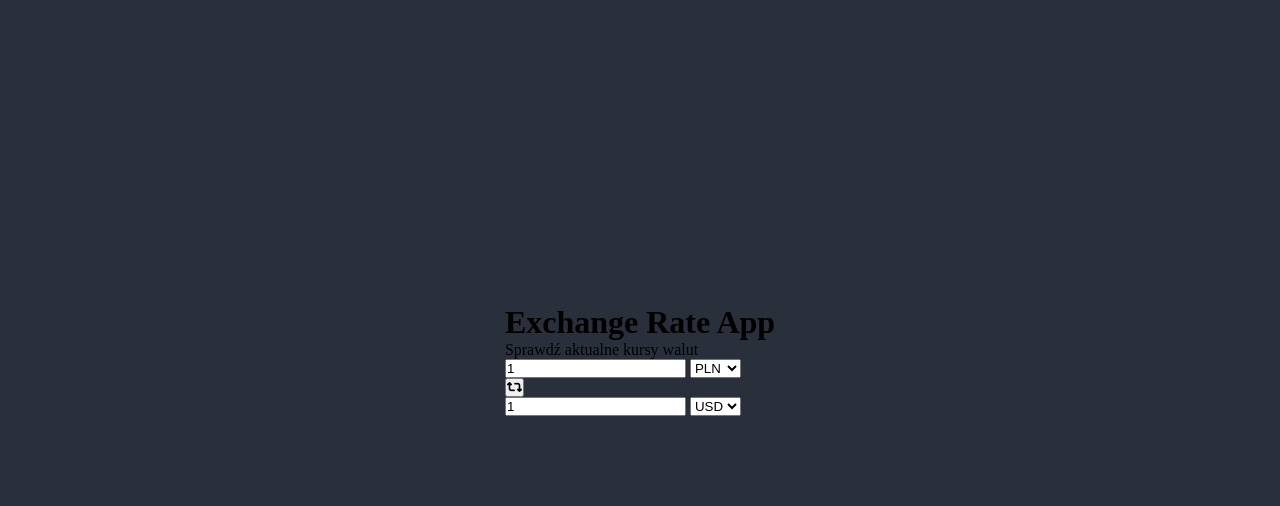
Repository: KrzysKolo/Projekt-6_Kantor
Page: index.html
These files come from the project's save history. The page is drawn as it stood at one moment and after the next save; the edit follows.
The browser window is 1280 px wide. The pictures show the whole page.
Some web fonts or font styles are not loaded; a fallback is used. Some web libraries are served in a nearby version.

Above is the page before, as saved 2020-07-12 05:40:39.

### index.html
<!DOCTYPE html>
<html lang="en">
  <head>
    <meta charset="UTF-8" />
    <meta name="viewport" content="width=device-width, initial-scale=1.0" />
    <title>Kantor</title>
    <link
      href="https://fonts.googleapis.com/css2?family=Montserrat:wght@100&family=Niconne&display=swap"
      rel="stylesheet"
    />
    <script
      src="https://kit.fontawesome.com/327a0d490c.js"
      crossorigin="anonymous"
    ></script>

    <link rel="stylesheet" href="./css/style.css" />
  </head>
  <body>
    <div class="wrapper">
      <h1>Exchange Rate App</h1>
      <p>Sprawdź aktualne kursy walut</p>
      <div class="app-body">
        <div class="section-left">
          <input type="number" class="amount-one" value="1" />
          <select name="currency-one">
            <option value="PLN" selected>PLN</option>
            <option value="USD">USD</option>
            <option value="GBP">GBP</option>
            <option value="EUR">EUR</option>
            <option value="CHF">CHF</option>
            <option value="JPY">JPY</option>
          </select>
        </div>
        <button class="swap">
          <i class="fas fa-retweet"></i>
        </button>
        <div class="section-right">
          <input type="number" class="amount-two" value="1" />
          <select name="currency-two">
            <option value="PLN">PLN</option>
            <option value="USD" selected>USD</option>
            <option value="GBP">GBP</option>
            <option value="EUR">EUR</option>
            <option value="CHF">CHF</option>
            <option value="JPY">JPY</option>
          </select>
        </div>
      </div>
      <p class="rate-info"></p>
    </div>
    <script src="./js/index.js"></script>
  </body>
</html>

### css/style.css
* {
  box-sizing: border-box;
  margin: 0;
  padding: 0;
}
body {
  display: flex;
  justify-content: center;
  align-items: center;
  height: 100vh;
  font-family: "Niconne", cursive;
  background-color: #29303b;
}

Loaded but not shown: js/index.js (no copy from this time; the picture is the same without it)

After the next save:
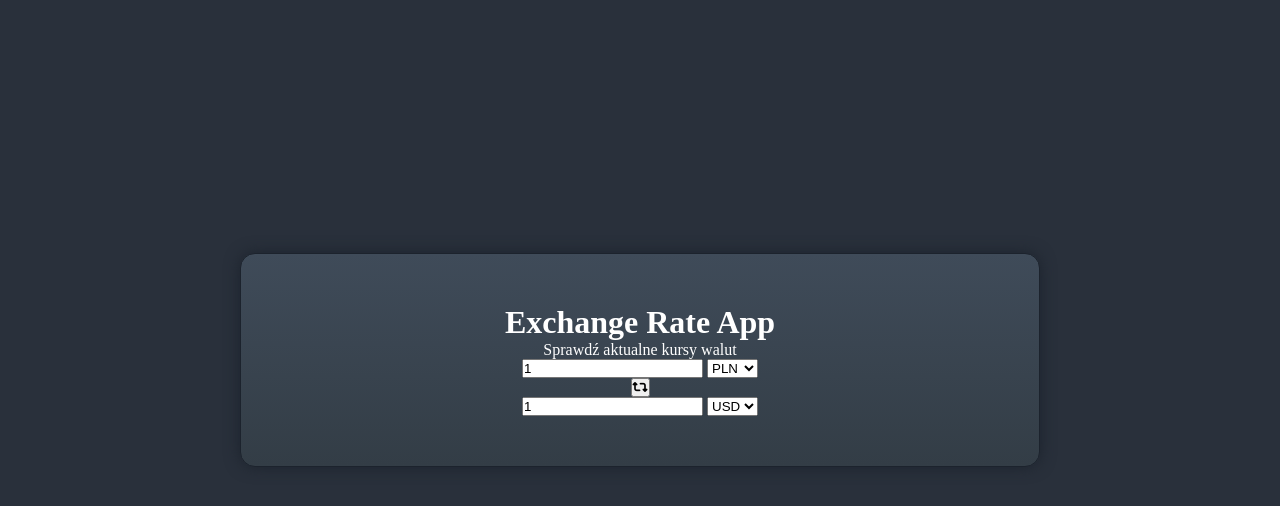
Saved 4 min 51 s later.
--- a/css/style.css
+++ b/css/style.css
@@ -11,3 +11,13 @@ body {
   font-family: "Niconne", cursive;
   background-color: #29303b;
 }
+.wrapper {
+  padding: 50px;
+  width: 800px;
+  background-image: linear-gradient(#3f4b59, #333d46);
+  color: #fff;
+  text-align: center;
+  border: 1px solid #1c232d;
+  border-radius: 15px;
+  box-shadow: 0 0 15px #1c232d;
+}
